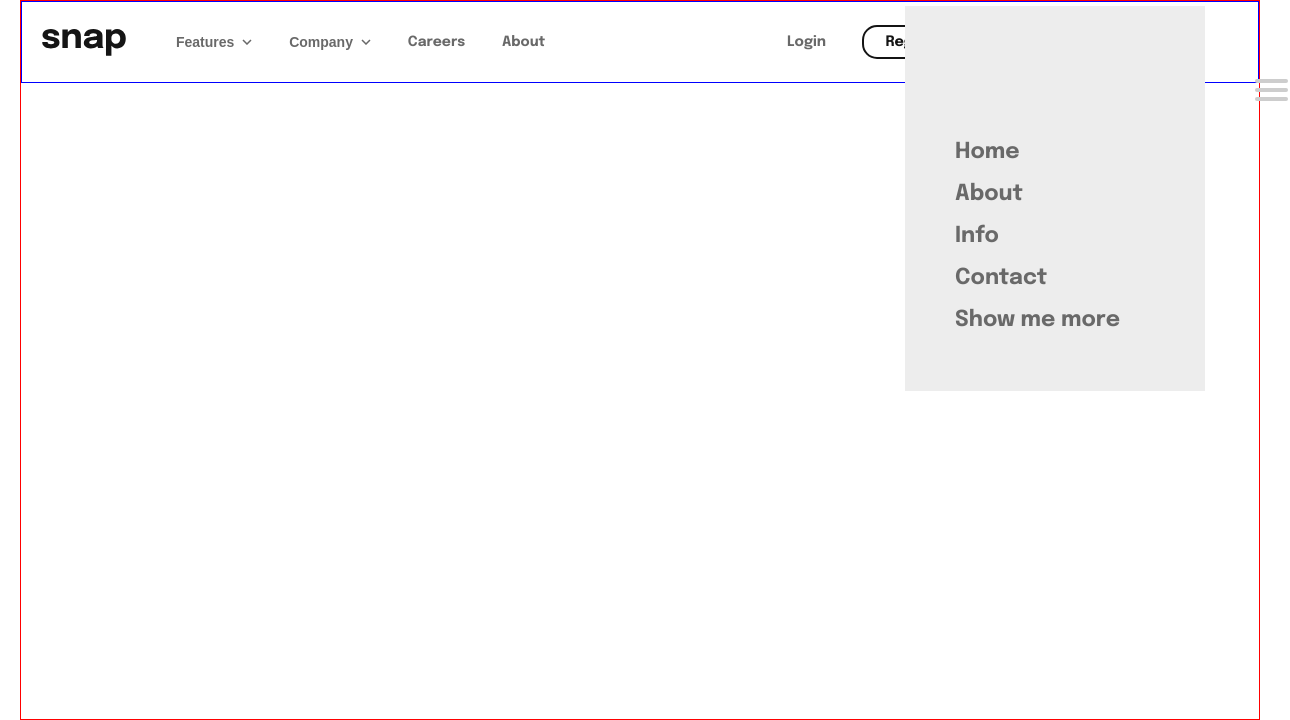
Repository: KamoliddinGIT/intro-section-with-dropdown
Page: index.html
The author's editor kept a copy of each file at every save. The page is drawn from the files as they stood at one save, then again after the next save.
The browser window is 1280 px wide. The page is 1290 px wide, so the pictures cover 1290 px, including what lies to the right of the window. The pictures show the whole page.

Above is the page before, as saved 2023-09-20 17:24:54.

After the next save:
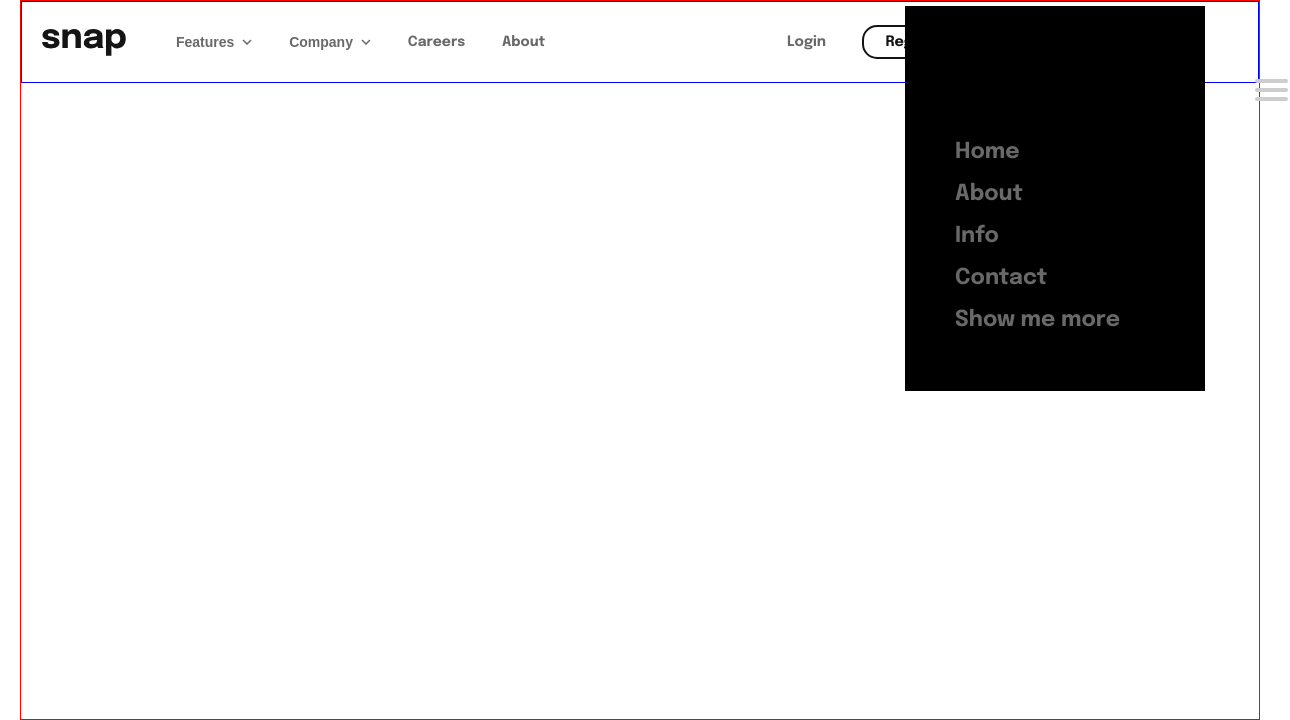
Saved 10 s later.
--- a/css/style.css
+++ b/css/style.css
@@ -306,7 +306,7 @@
   padding: 50px;
   padding-top: 125px;
 
-  background: #ededed;
+  background: #000;
   list-style-type: none;
   -webkit-font-smoothing: antialiased;
   /* to stop flickering of text in safari */
